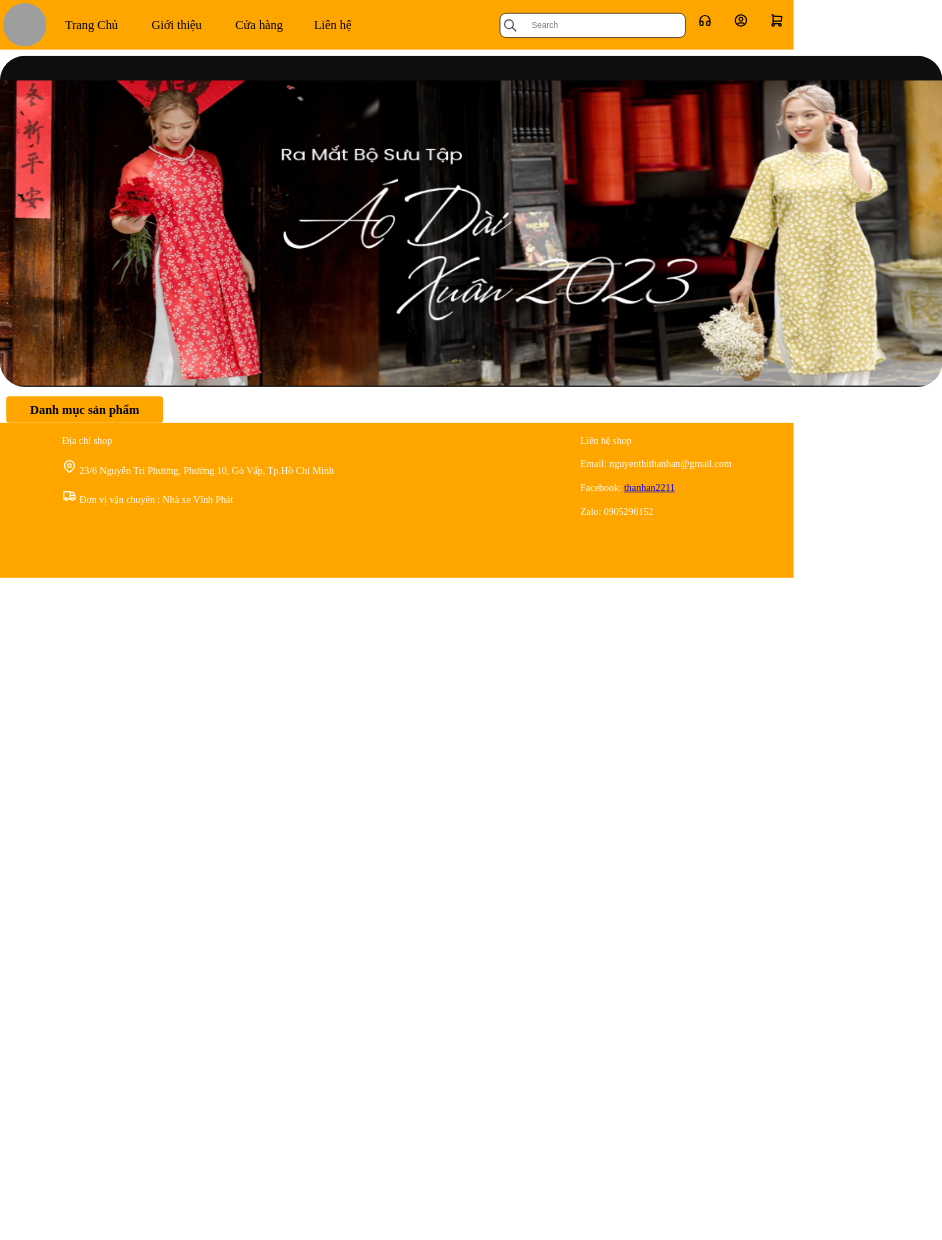
Repository: manhhieu120499/test-page
Page: index.html
These files come from the project's save history. The page is drawn as it stood at one moment and after a run of saves; the edit follows.
The browser window is 1280 px wide. The page is 1520 px wide, so the pictures cover 1520 px, including what lies to the right of the window. The pictures show the whole page, at 62% of full size.
Pictures or frames that could not be fetched are drawn as grey boxes.

Above is the page before, as saved 2023-01-12 00:31:28.

After the next 3 saves:
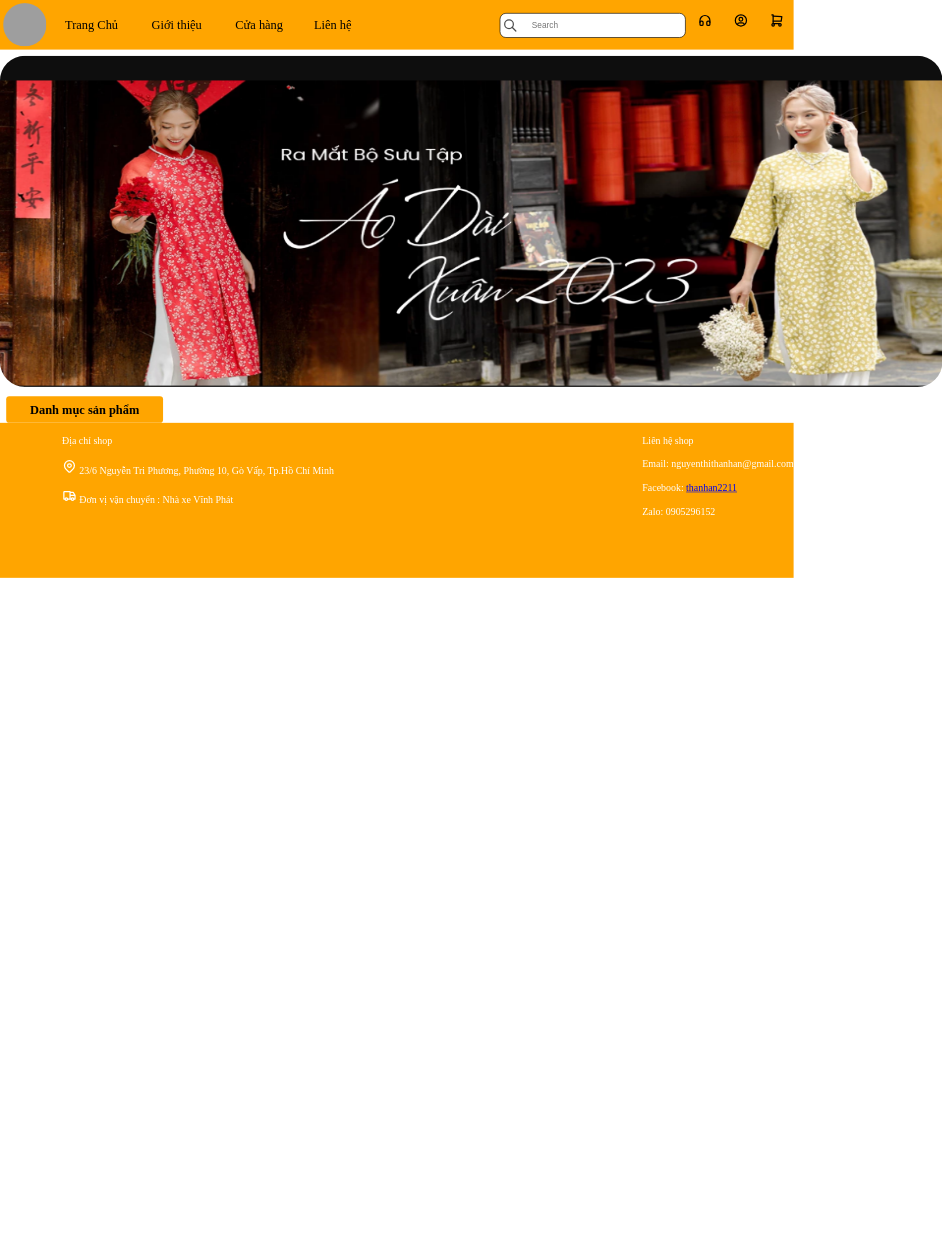
The 3 saves are shown as one change because they came seconds apart.
The last was saved 28 s later.
--- a/style.css
+++ b/style.css
@@ -104,8 +104,9 @@
 .address li {
     list-style: none;
     margin-top: 20px;
+}
 
-}
+.address s
 
 .contact {
     margin-right: 100px;

After the save that followed:
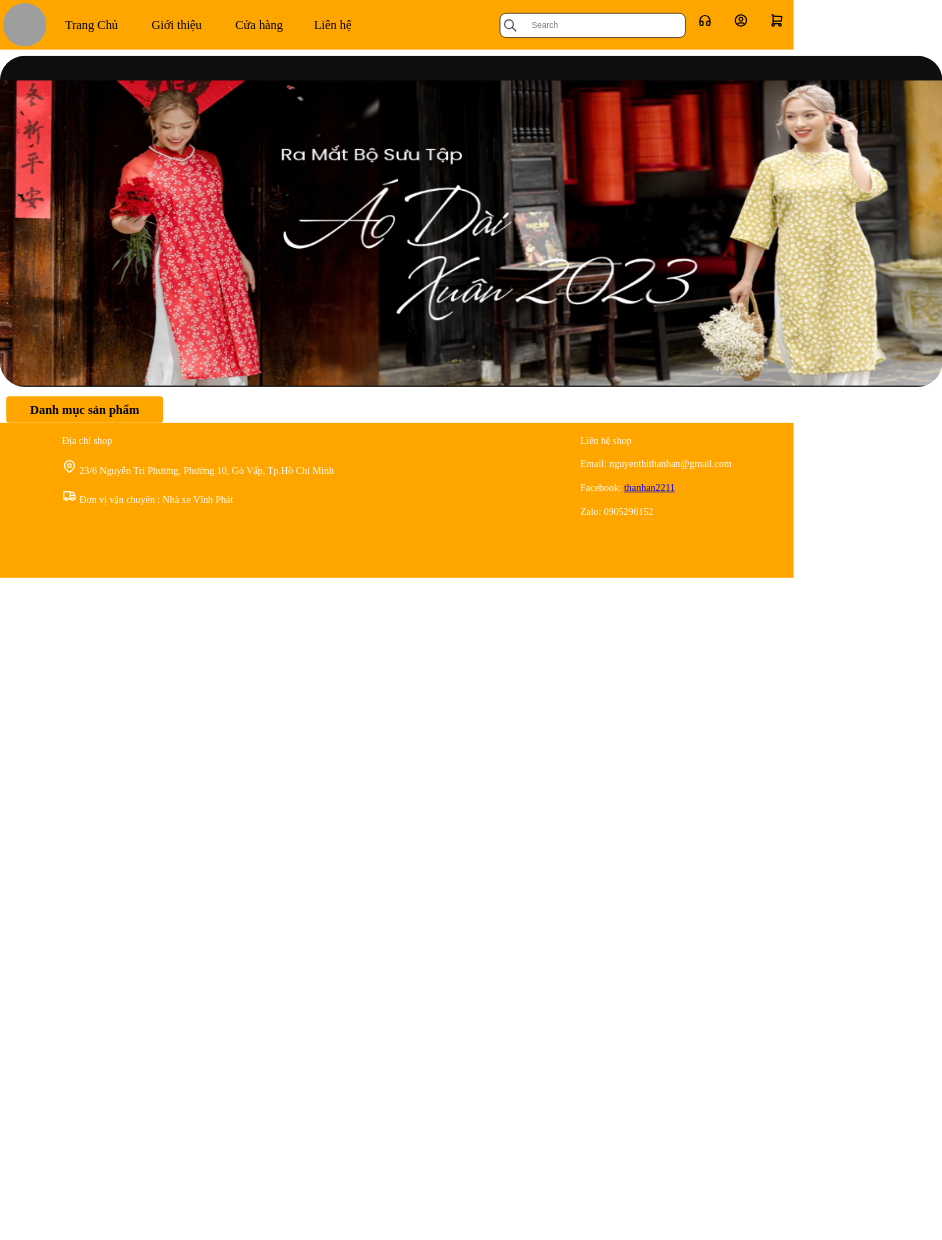
Saved 4 s later.
--- a/style.css
+++ b/style.css
@@ -106,7 +106,9 @@
     margin-top: 20px;
 }
 
-.address s
+.address span {
+    col
+}
 
 .contact {
     margin-right: 100px;
